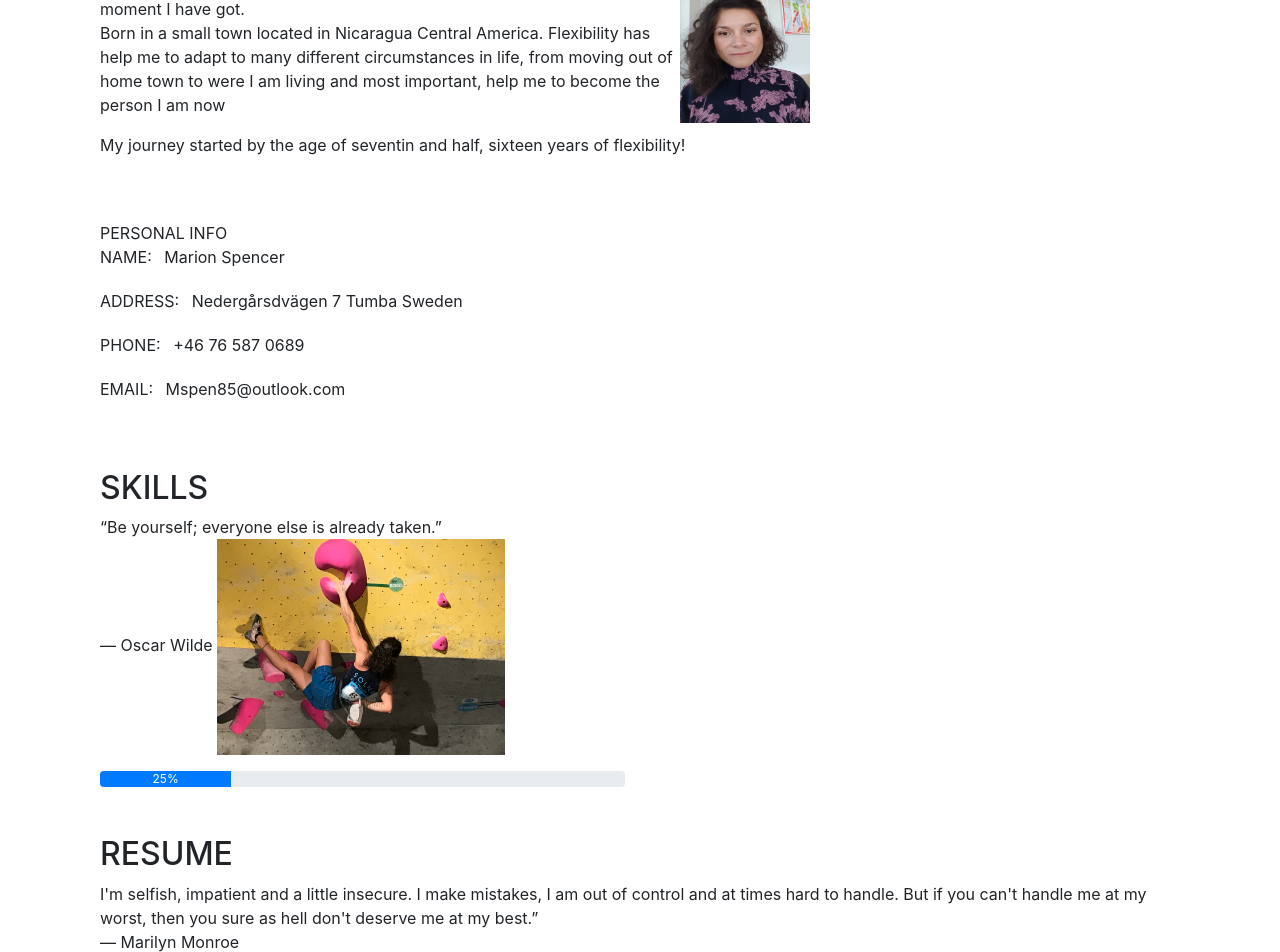
Repository: Dbyu85/m-spenc
Page: index.html
The author's editor kept a record of every edit. The page is drawn from the files as they stood at one moment, then again after the next edit.
The browser window is 1280 px wide. The pictures show the part of the page from y = 1061 to 2013 px (the page is 2646 px tall before and 2666 px after).
A picture or video elsewhere on the page could not be fetched, so the positions and the page height are approximate. Some web fonts or font styles are not loaded; a fallback is used.

Above is the page before.

### index.html
<!DOCTYPE html>
<html lang="en">

<head>
    <meta charset="UTF-8">
    <title>The Art of Flexibility</title>
    <meta name="viewport" content="width=device-width, initial-scale=1.0">
    <meta http-equiv="X-UA-Compatible" content="ie=edge">
    <link rel="stylesheet" href="https://stackpath.bootstrapcdn.com/bootstrap/4.3.1/css/bootstrap.min.css" integrity="sha384-ggOyR0iXCbMQv3Xipma34MD+dH/1fQ784/j6cY/iJTQUOhcWr7x9JvoRxT2MZw1T" crossorigin="anonymous">
    <link rel="stylesheet" href="https://stackpath.bootstrapcdn.com/font-awesome/4.7.0/css/font-awesome.min.css" type="text/css" />
    <link rel="stylesheet" href="css/style.css" type="text/css" />
</head>

<body>y>
    <header class="container-fluid landing-container">
        <div class="row dropdown">
            <div class="col-12">
                <nav class="dropdown bt-secondary dropdown-expand-sm fixed-top">
                    <a class="btn btn-secondary dropdown-toggle" href="#" role="button" id="dropdownMenuLink" data-toggle="dropdown" aria-haspopup="true" aria-expanded="false">More About</a>
                    <ul class="dropdown-menu" aria-labelledby="dropdownMenuLink">
                        <li class="active nav-item mr-2"><a class="dropdown-item" href="#">About Me</a></li>
                        <li class="nav-item mr-2"><a class="dropdown-item" href="Home">Home</a></li>
                        <a class="dropdown-item" href="#">Skills</a>
                        <a class="dropdown-item" href="#">Resume</a>
                        <a class="dropdown-item" href="#">contact</a>
                    </ul>
                </nav>
            </div>
        </div>
        <section class="container-fluid titel-container">
            <div class="row">
                <div class="col-12">
                    <div class="landing-page page text-center">
                        <img src="image/nihal-demirci-1519473-unsplash.jpg" style="float:right width:100vw; height:100vh">
                        <h2 class="name">Marion Spencer</h2>
                        <h3 class="titel">Software Developer Student</h3>
                        <h1><strong>The Art of Flexibility</strong></h1>
                    </div>
                </div>
            </div>
        </section>
    </header>
    <article class="container">
        <section class="container presentation-container">
            <div class=" presentation">
                <div class="row">
                    <div class="col-md-8 my-5">
                        <div class="about">
                            <p><strong>What?</strong><br> That is a good question!!</p><br>
                            <p class="inline-block"><img src="image/img.jpg" ; style="float:right; width:130px; height:150px">I consider myself a globettroter and flexible, a person that enjoy every moment I have got.<br> Born in a small town located in Nicaragua Central America.
                                Flexibility has help me to adapt to many different circumstances in life, from moving out of home town to were I am living and most important, help me to become the person I am now</p>
                            <p>My journey started by the age of seventin and half, sixteen years of flexibility! </p>
                        </div>
                    </div>
                </div>
                <div class="row">
                    <div class="col-12 bg-color">
                        <div class="personal-info text-uppercase">personal info</div>
                        <div class="personal-info-items">
                            <div class="key">
                                <p class="text-uppercase">
                                    name:
                                </p>
                            </div>
                            <div class="value">
                                <p>
                                    Marion Spencer
                                </p>
                            </div>
                        </div>
                        <div class="personal-info-items">
                            <div class="key">
                                <p class="text-uppercase">
                                    address:
                                </p>
                            </div>
                            <div class="value">
                                <p>
                                    Nedergårsdvägen 7 Tumba Sweden
                                </p>
                            </div>
                        </div>
                        <div class="personal-info-items">
                            <div class="key">
                                <p class="text-uppercase">
                                    phone:
                                </p>
                            </div>
                            <div class="value">
                                <p>
                                    +46 76 587 0689
                                </p>
                            </div>
                        </div>
                        <div class="personal-info-items">
                            <div class="key">
                                <p class="text-uppercase">
                                    Email:
                                </p>
                            </div>
                            <div class="value">
                                <p>
                                    Mspen85@outlook.com
                                </p>
                            </div>
                        </div>
                    </div>
                </div>
            </div>
        </section>

        <!--------------------------------------skills-->
        <section class="skills">
            <div class="col-6 my-5 ">
                <div class="about ">
                    <h2 class="about text-uppercase ">skills</h2>
                    <p>“Be yourself; everyone else is already taken.” <br> ― Oscar Wilde <img src="image/climb.jpg" float: "right"; style="float:right width:30vw; height:30vh"></p>
                    <div class="row climb-container">
                        <div class="col-md-6">

                        </div>
                    </div>
                    <div class="progress">
                        <div class="progress-bar" role="progressbar" style="width: 25%;" aria-valuenow="25" aria-valuemin="0" aria-valuemax="100">25%</div>
                    </div>

                </div>
            </div>

        </section>

        <!--------------------------------------resume-->
        <section class="resume">
            <div class="col-12 my-5 ">
                <div class="about ">
                    <h2 class="about text-uppercase ">resume</h2>
                    <p>I'm selfish, impatient and a little insecure. I make mistakes, I am out of control and at times hard to handle. But if you can't handle me at my worst, then you sure as hell don't deserve me at my best.”<br> ― Marilyn Monroe</p>
                </div>
            </div>
        </section>

        <!--------------------------------------contact-->
        <section class="container-fluid contact">
            <div class="row">
                <div class="col-12 my-5 about ">
                    <h2 class="about text-uppercase text-center ">need more info?</h2>
                    <p class="text-center">contact me!</p>
                    <div class="center-form">
                        <form>
                            <input type="text" name="name" id="fullname" class="form-control" placeholder="Name" required/>
                            <input type="email" name="email" id="emailaddress" class="form-control" placeholder="Email" required/>
                            <textarea row="5" name="questions!" id="questions" class="form-control" placeholder="Questions!" required></textarea>
                            <div class="form-row text-center">
                                <div class="col">
                                    <button type="submit" class="btn btn-secondary">send request</button>
                                </div>

                            </div>
                        </form>
                    </div>
                </div>
            </div>
        </section>

    </article>
    <hr>
    <!--------------------------------------footer-container-->
    <footer class="container-fluid footer-container">
        <div class="row ">
            <div class="col-md-4 my-5 ">
                <h5 class="text-uppercase general ">Quote</h5>
                <p class="inline-block ">Dr. Seuss "Don 't cry because it's over, smile because it happened. "!</p>
            </div>

            <div class="col-sm-4 my-5 ">
                <h5 class="text-uppercase general">download</h5>
                <p class="inline-block "> Printable version of my CV? Download here.
                    <a href="# " target="_black " class="cv-pdf "><i class="fa fa-download " aria-hiden="true "></i><span class="sr-only ">Download link</span>
                    </a>
                </p>

            </div>


            <div class="col-md-4 my-5 ">
                <h5 class="text-uppercase general">Social Media</h5>
                <ul class="list-inline-item social-link ">
                    <li class="list-inline-item "><a target="_blank " href="# ">
                        <i class="fa fa-facebook " aria-hiden="true "></i>
                        <span class="sr-only ">facebook</span></a>
                    </li>
                    <li class="list-inline-item "><a target="_blank " href="# ">
                        <i class="fa fa-twitter " aria-hiden="true "></i>
                        <span class="sr-only ">twitter</span></a>
                    </li>
                    <li class="list-inline-item "><a target="_blank " href="# ">
                        <i class="fa fa-instagram " aria-hiden="true "></i>
                        <span class="sr-only ">Instagram</span></a>
                    </li>
                    <li class="list-inline-item "><a target="_blank " href="# ">
                        <i class="fa fa-github " aria-hiden="true "></i>
                        <span class="sr-only ">github</span></a>
                    </li>
                    <li class="list-inline-item "><a target="_blank " href="# ">
                        <i class="fa fa-linkedin " aria-hiden="true "></i>
                        <span class="sr-only ">linkedin</span></a>
                    </li>
                    <li class="list-inline-item "><a target="_blank " href="# ">
                        <i class="fa fa-pinterest " aria-hiden="true "></i>
                        <span class="sr-only ">pinterest</span></a>
                    </li>

                </ul>
            </div>
        </div>
    </footer>

    <script src="https://code.jquery.com/jquery-3.3.1.slim.min.js " integrity="sha384-q8i/X+965DzO0rT7abK41JStQIAqVgRVzpbzo5smXKp4YfRvH+8abtTE1Pi6jizo " crossorigin="anonymous "></script>
    <script src="https://cdnjs.cloudflare.com/ajax/libs/popper.js/1.14.7/umd/popper.min.js " integrity="sha384-UO2eT0CpHqdSJQ6hJty5KVphtPhzWj9WO1clHTMGa3JDZwrnQq4sF86dIHNDz0W1 " crossorigin="anonymous "></script>
    <script src="https://stackpath.bootstrapcdn.com/bootstrap/4.3.1/js/bootstrap.min.js " integrity="sha384-JjSmVgyd0p3pXB1rRibZUAYoIIy6OrQ6VrjIEaFf/nJGzIxFDsf4x0xIM+B07jRM " crossorigin="anonymous "></script>

</body>

</html>

### css/style.css
@import url('https://fonts.googleapis.com/css?family=Roboto:100, 200, 300, 400, 500, 600, 700|"Exo:100, 200,300, 400, 500, 600, 700');

.titel-container {
    position: relative;

    background-image: url("image/nihal-demirci-1519473-unsplash.jpg") no-repeat bottom right fixed;
    background:center;
    -webkit-background-size: cover;
    -moz-background-size: cover;
    -o-background-size: cover;
    background-size: cover;
    margin: 0px;
    padding: 5px;
}
.personal-info-items {
    margin-bottom: 20px;
    display: block;
    clear: both;
}

.personal-info-items .key,
.personal-info-items .value {
    padding-right: 8px;
    display: inline-block;
}
.personal-info-items .key p,
.personal-info-items .value p {
    margin: 0;
}

After the next edit:
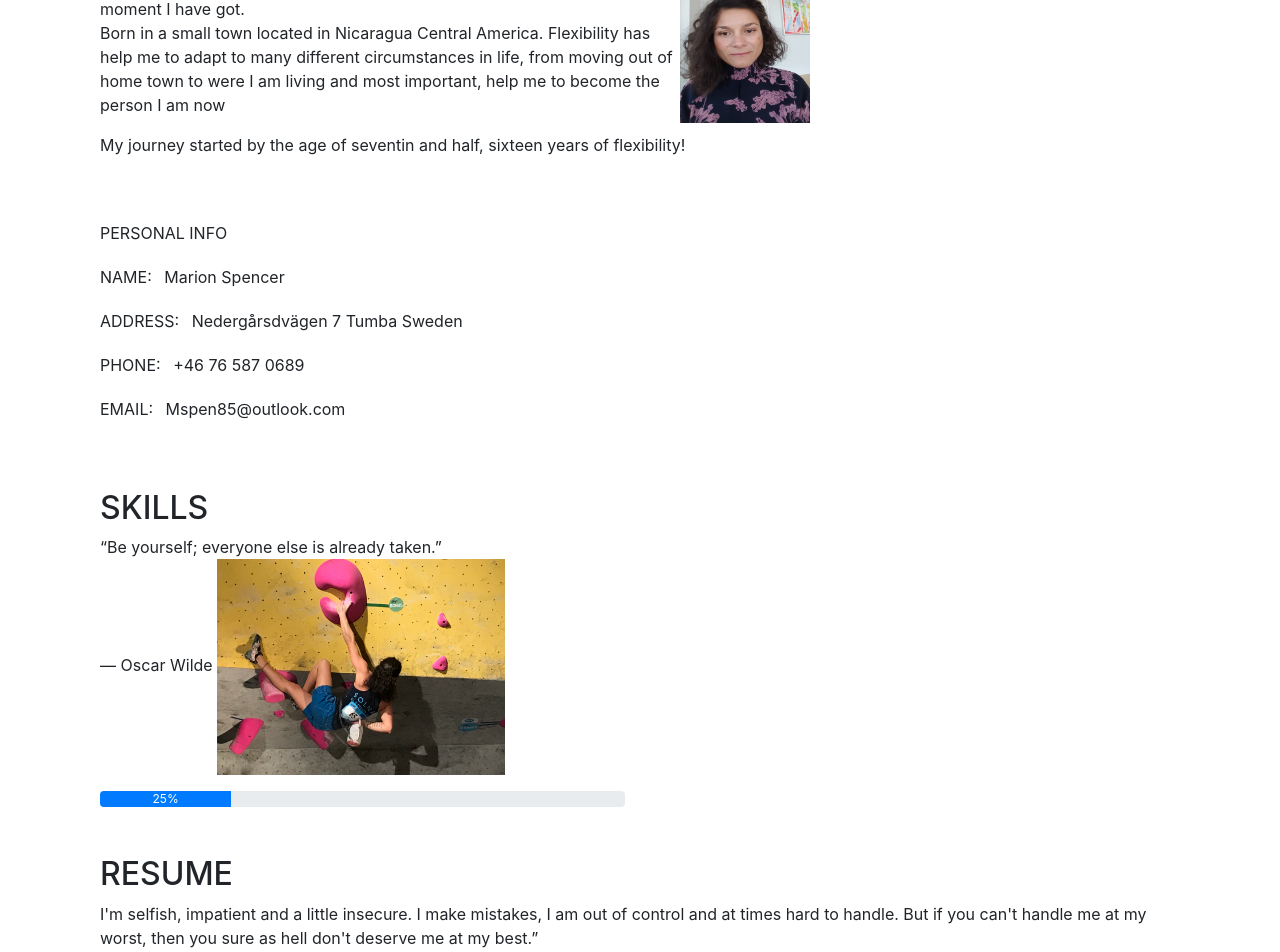
The edit:
--- a/css/style.css
+++ b/css/style.css
@@ -17,6 +17,9 @@
     display: block;
     clear: both;
 }
+.personal-info{
+    padding-bottom:20px;
+}
 
 .personal-info-items .key,
 .personal-info-items .value {
